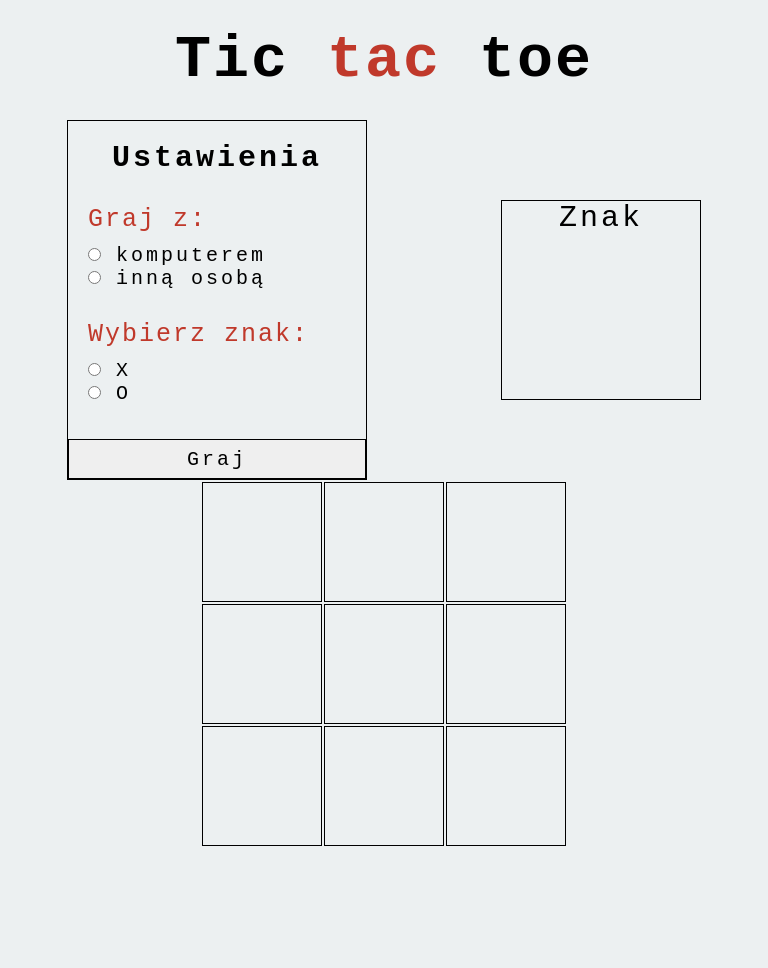
Repository: SebastianArmata22/Tic-Tac-Toe
Page: index.html
An editor plug-in stored every save of this project. The page is shown before and after the next save, followed by the edit.
The browser window is 768 px wide. The pictures show the whole page.
Some web fonts or font styles are not loaded; a fallback is used.

Above is the page before, as saved 2020-11-12 19:10:52.

After the next save:
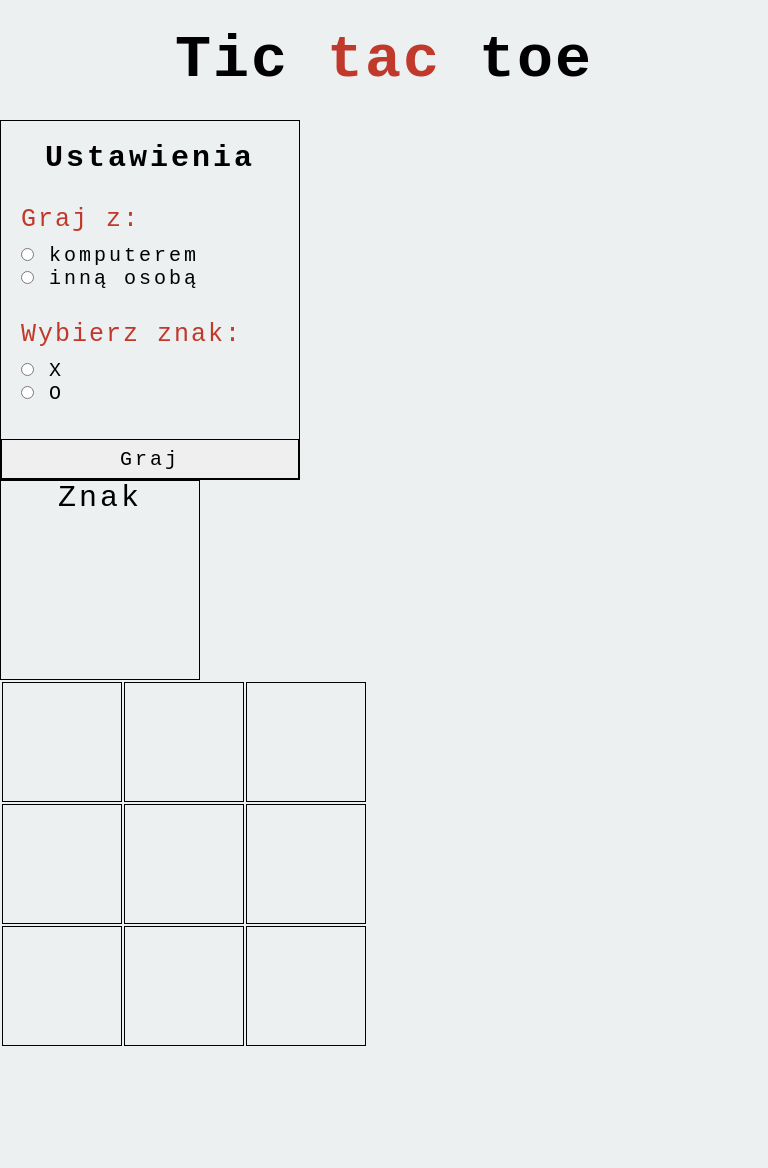
Saved 81 s later.
--- a/style.css
+++ b/style.css
@@ -105,6 +105,8 @@ transition: all 0.5s ease-out;
     align-items: center;
     justify-content: center;
 }
-@media only screen and (max-width: 800px){
-
+@media only screen and (max-width: 870px){
+.main-content{
+    display: block;
 }
+}
